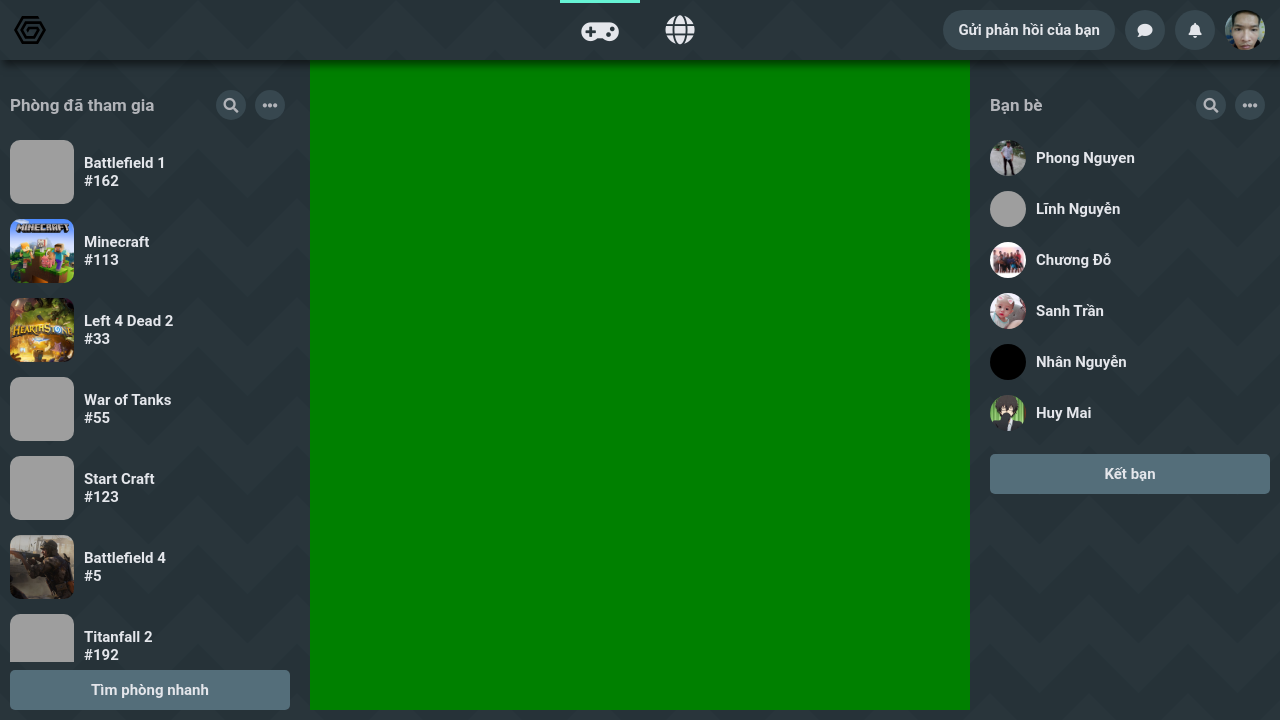
Repository: GammingCommnunity/docs
Page: web-layout/v3/html/index.html
The author's editor kept a copy of each file at every save. The page is drawn from the files as they stood at one save, then again after the next save.
The browser window is 1280 px wide. The pictures show the whole page.
Pictures or frames that could not be fetched are drawn as grey boxes.

Above is the page before, as saved 2020-03-13 19:14:52.

After the next save:
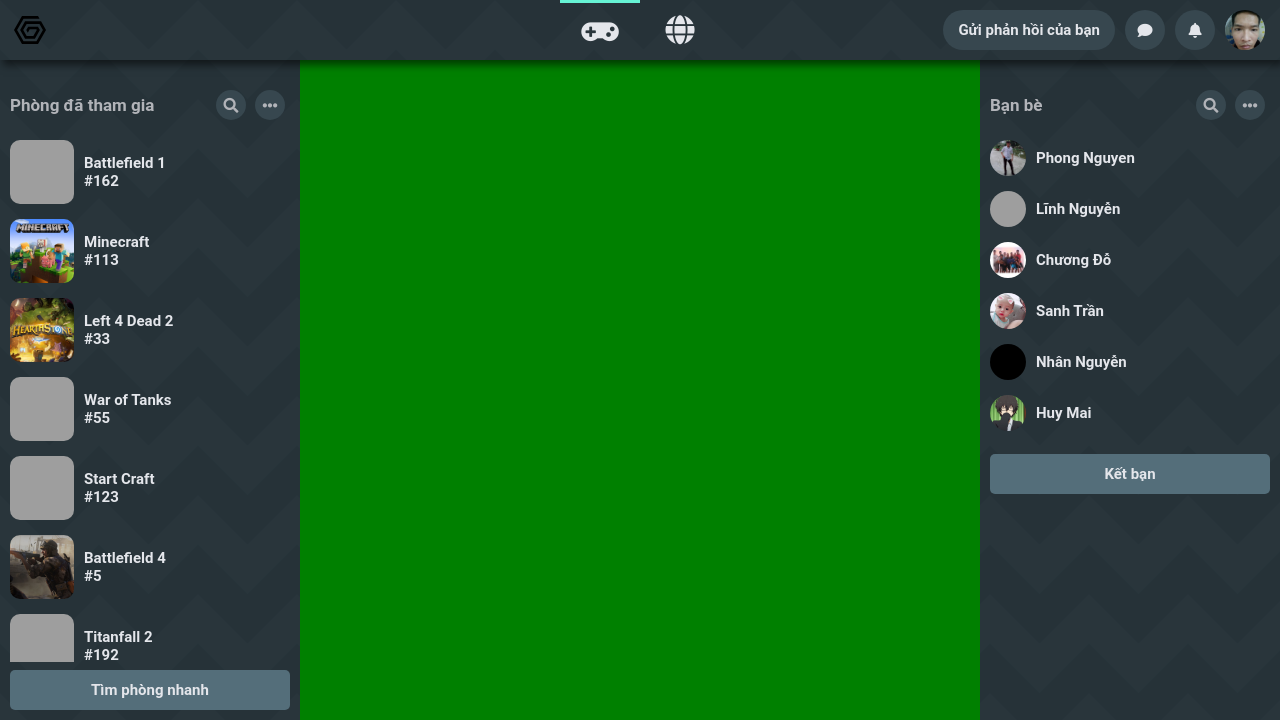
Saved 34 s later.
--- a/web-layout/v3/html/index.html
+++ b/web-layout/v3/html/index.html
@@ -617,7 +617,7 @@
 			width: 100%;
 			height: 100%;
 
-			padding: 60px 310px 10px 310px;
+			padding: 60px 300px 0 300px;
 		}
 	</style>
 
